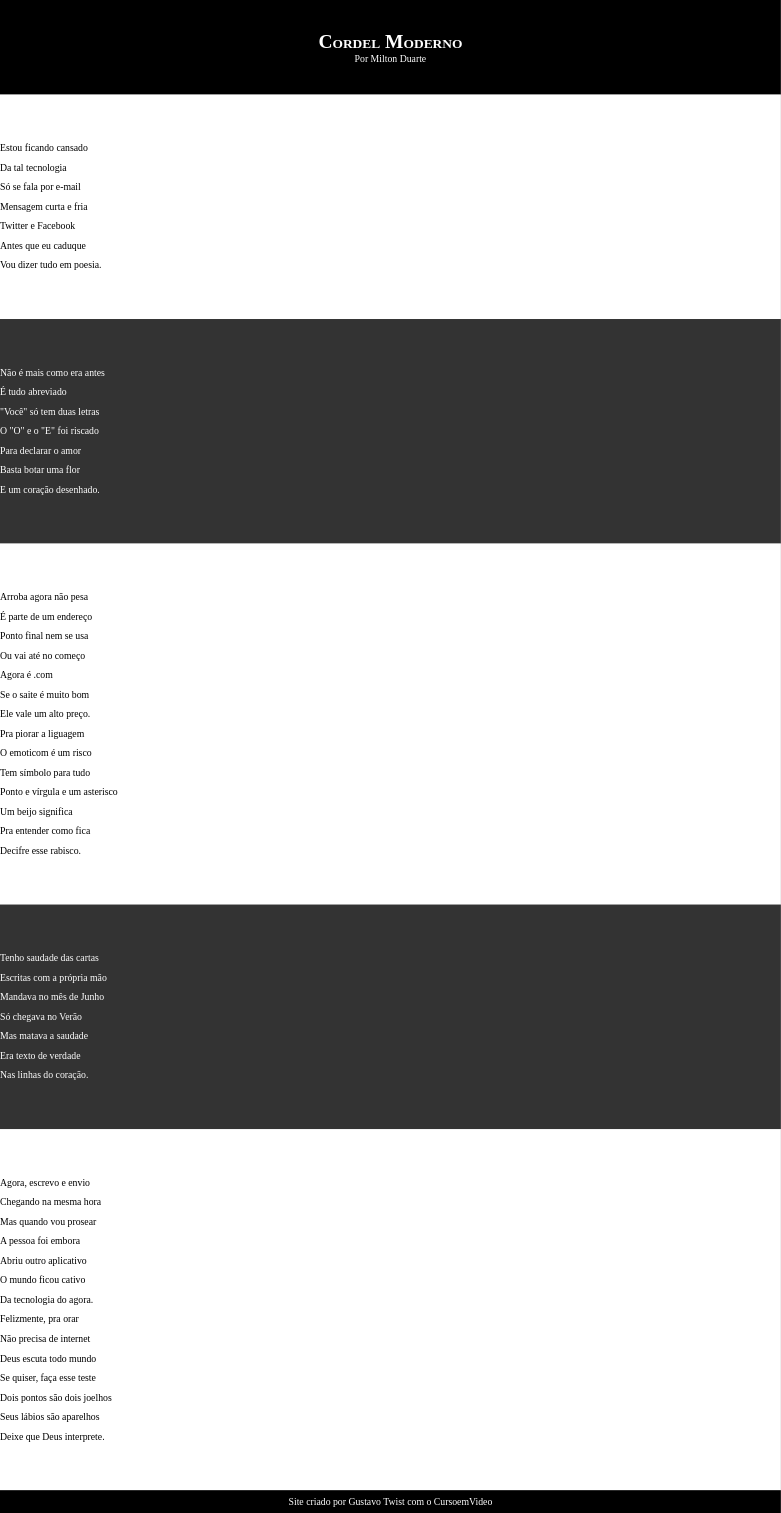
Repository: gustavotwist/projeto-cordel
Page: index.html
These files come from the project's save history. The page is drawn as it stood at one moment and after the next save; the edit follows.
The browser window is 1280 px wide. The pictures show the whole page, at 61% of full size.

Above is the page before, as saved 2024-04-19 17:21:45.

### index.html
<!DOCTYPE html>
<html lang="pt-br">
<head>
    <meta charset="UTF-8">
    <meta name="viewport" content="width=device-width, initial-scale=1.0">
    <title>Cordel Moderno</title>
    <link rel="stylesheet" href="estilo/style.css">
</head>
<body>
    <header>
        <h1>
            Cordel Moderno
        </h1>
        <p>
            Por <a href="https://www.recantodasletras.com.br/poesias/3186743" target="_blank">Milton Duarte</a>
        </p>
    </header>

    <section class="normal">
        <p>
            Estou ficando cansado <br>
            Da tal tecnologia <br>
            Só se fala por e-mail <br>
            Mensagem curta e fria <br>
            Twitter e Facebook <br>
            Antes que eu caduque <br>
            Vou dizer tudo em poesia.
        </p>
    </section>

    <section class="imagem">
        <p>
            Não é mais como era antes <br>
            É tudo abreviado <br>
            "Você" só tem duas letras <br>
            O "O" e o "E" foi riscado <br>
            Para declarar o amor <br>
            Basta botar uma flor <br>
            E um coração desenhado.
        </p>
    </section>

    <section class="normal">
        <p>
            Arroba agora não pesa <br>
            É parte de um endereço <br>
            Ponto final nem se usa <br>
            Ou vai até no começo <br>
            Agora é .com <br>
            Se o saite é muito bom <br>
            Ele vale um alto preço. <br>
        </p>

        <p>
            Pra piorar a liguagem <br>
            O emoticom é um risco <br>
            Tem símbolo para tudo <br>
            Ponto e vírgula e um asterisco <br>
            Um beijo significa <br>
            Pra entender como fica <br>
            Decifre esse rabisco.
        </p>
    </section>

    <section class="imagem">
        <p>
            Tenho saudade das cartas <br>
            Escritas com a própria mão <br>
            Mandava no mês de Junho <br>
            Só chegava no Verão <br>
            Mas matava a saudade <br>
            Era texto de verdade <br>
            Nas linhas do coração.
        </p>
    </section>

    <section class="normal">
        <p>
            Agora, escrevo e envio <br>
            Chegando na mesma hora <br>
            Mas quando vou prosear <br>
            A pessoa foi embora <br>
            Abriu outro aplicativo <br>
            O mundo ficou cativo <br>
            Da tecnologia do agora.
        </p>


        <p>
            Felizmente, pra orar <br>
            Não precisa de internet <br>
            Deus escuta todo mundo <br>
            Se quiser, faça esse teste <br>
            Dois pontos são dois joelhos <br>
            Seus lábios são aparelhos <br>
            Deixe que Deus interprete.
        </p>
    </section>

    <footer>
        <p>Site criado por <a href="https://github.com/gustavotwist" target="_blank">Gustavo Twist</a> com o <a href="https://www.cursoemvideo.com" target="_blank">CursoemVideo</a></p>
    </footer>
</body>
</html>

### estilo/style.css
@charset "UTF-8";

* {
    margin: 0px;
    padding: 0px;
}

html, body {
    min-height: 100vh;
    background-color: darkgray;
}

header {
    background-color: black;
    color: white;
    text-align: center;
}

header > h1 {
    padding-top: 50px;
    font-variant: small-caps;
}

header > p {
    padding-bottom: 50px;
}

header a, footer a {
    color: white;
    text-decoration: none;
}

header a:hover, footer a:hover {
    text-decoration: underline;
}

section {
    padding-top: 10vh;
    padding-bottom: 10vh;
    line-height: 2em;
    padding-left: ;
}

section.normal {
    background-color: white;
    color: black;
}

section.imagem {
    background-color: rgb(51, 51, 51);
    color: white;
}

footer {
    background-color: black;
    color: white;
    text-align: center;
    padding: 10px;
}

After the next save:
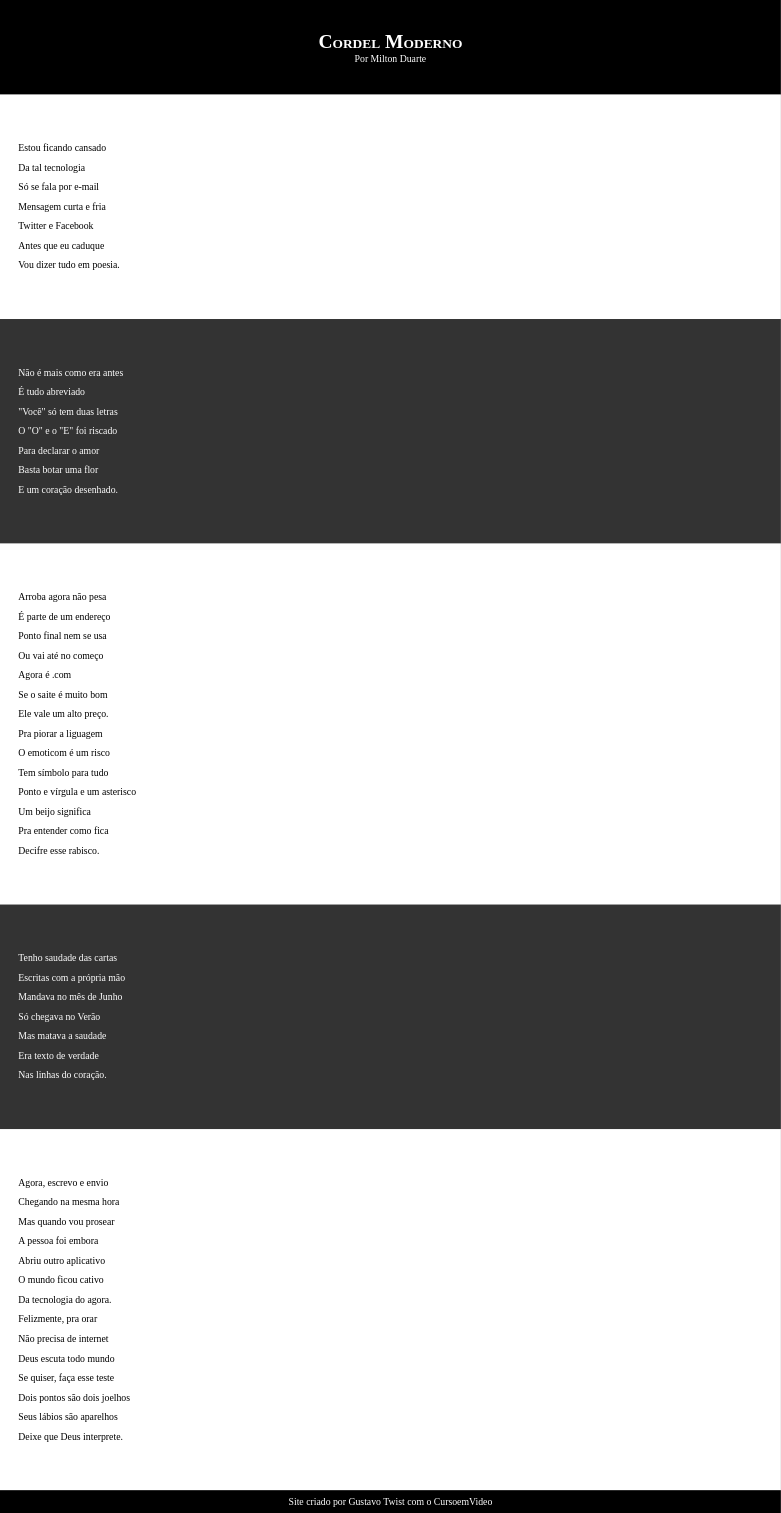
Saved 5 s later.
--- a/estilo/style.css
+++ b/estilo/style.css
@@ -38,7 +38,7 @@ section {
     padding-top: 10vh;
     padding-bottom: 10vh;
     line-height: 2em;
-    padding-left: ;
+    padding-left: 30px;
 }
 
 section.normal {
